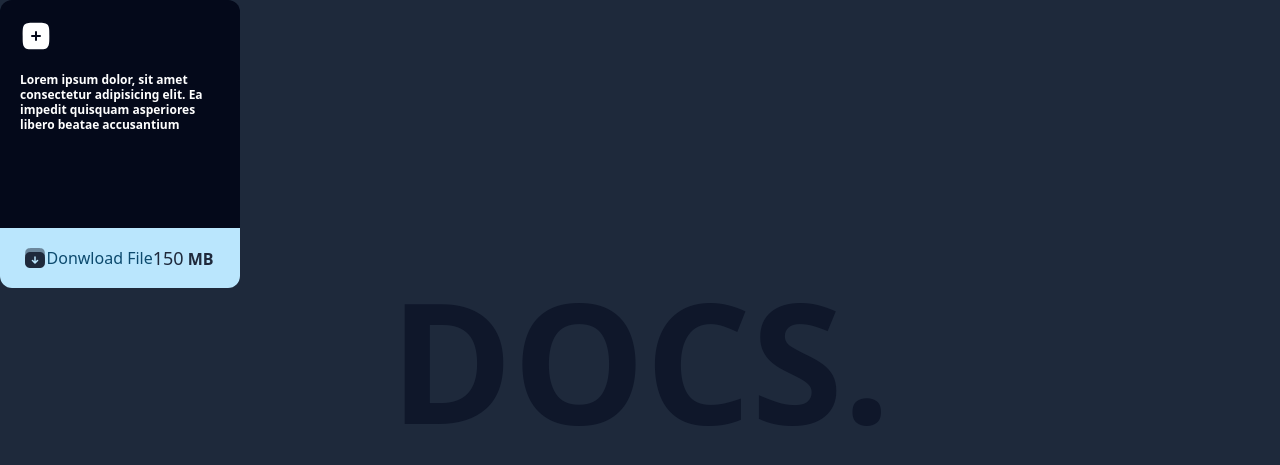
Repository: aliakbarmotallebi/framer-react
Page: /
An editor plug-in stored every save of this project. The page is shown before and after the next save, followed by the edit.
The browser window is 1280 px wide. The pictures show the whole page.
The project was rebuilt for these pictures with package versions that can differ from the ones it lists, and the page was loaded fresh each time.

Above is the page before, as saved 2024-08-14 22:31:02.

After the next save:
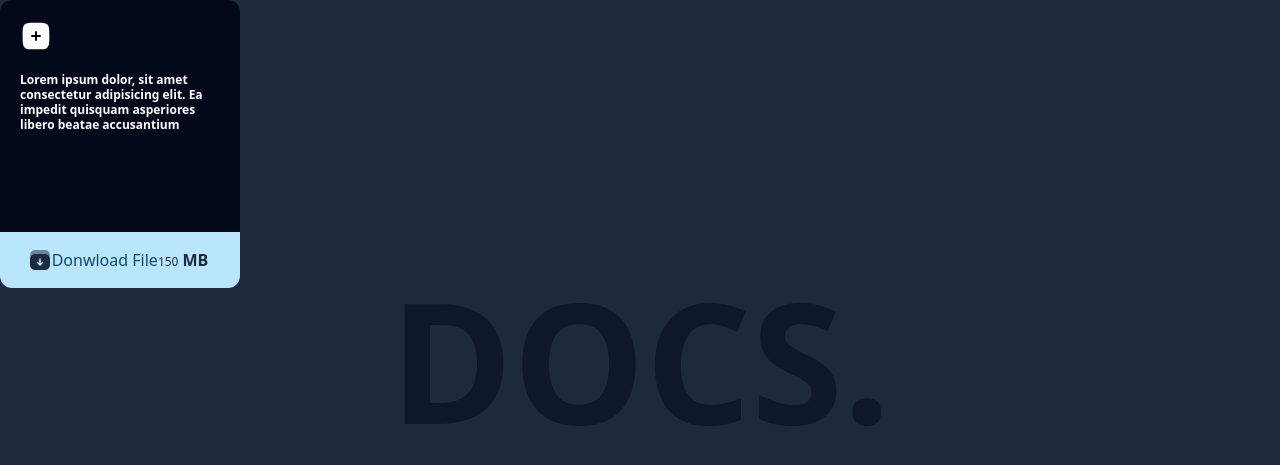
Saved 12 s later.
--- a/src/components/Card.jsx
+++ b/src/components/Card.jsx
@@ -14,7 +14,7 @@ class Card extends Component {
                     <div className="flex justify-between items-center w-full px-2">
                         <svg xmlns="http://www.w3.org/2000/svg" className="w-6 h-6 text-slate-800 " viewBox="0 0 24 24"><path fill="currentColor" d="M12 2c4.713 0 7.07 0 8.535 1.464c.757.758 1.123 1.754 1.3 3.192V10H2.164V6.656c.176-1.438.541-2.434 1.299-3.192C4.928 2 7.285 2 11.999 2" opacity="0.5"/><path fill="currentColor" fill-rule="evenodd" d="M2 14c0-2.8 0-4.2.545-5.27A5 5 0 0 1 4.73 6.545C5.8 6 7.2 6 10 6h4c2.8 0 4.2 0 5.27.545a5 5 0 0 1 2.185 2.185C22 9.8 22 11.2 22 14s0 4.2-.545 5.27a5 5 0 0 1-2.185 2.185C18.2 22 16.8 22 14 22h-4c-2.8 0-4.2 0-5.27-.545a5 5 0 0 1-2.185-2.185C2 18.2 2 16.8 2 14m10.75-3a.75.75 0 0 0-1.5 0v4.19l-1.22-1.22a.75.75 0 1 0-1.06 1.06l2.5 2.5a.75.75 0 0 0 1.06 0l2.5-2.5a.75.75 0 1 0-1.06-1.06l-1.22 1.22z" clip-rule="evenodd"/></svg>
                         Donwload File
-                        <p className="text-slate-800 text-lg">
+                        <p className="text-slate-800 text-xs">
                             150
                             <span className="font-bold px-1 text-base">
                                 MB
